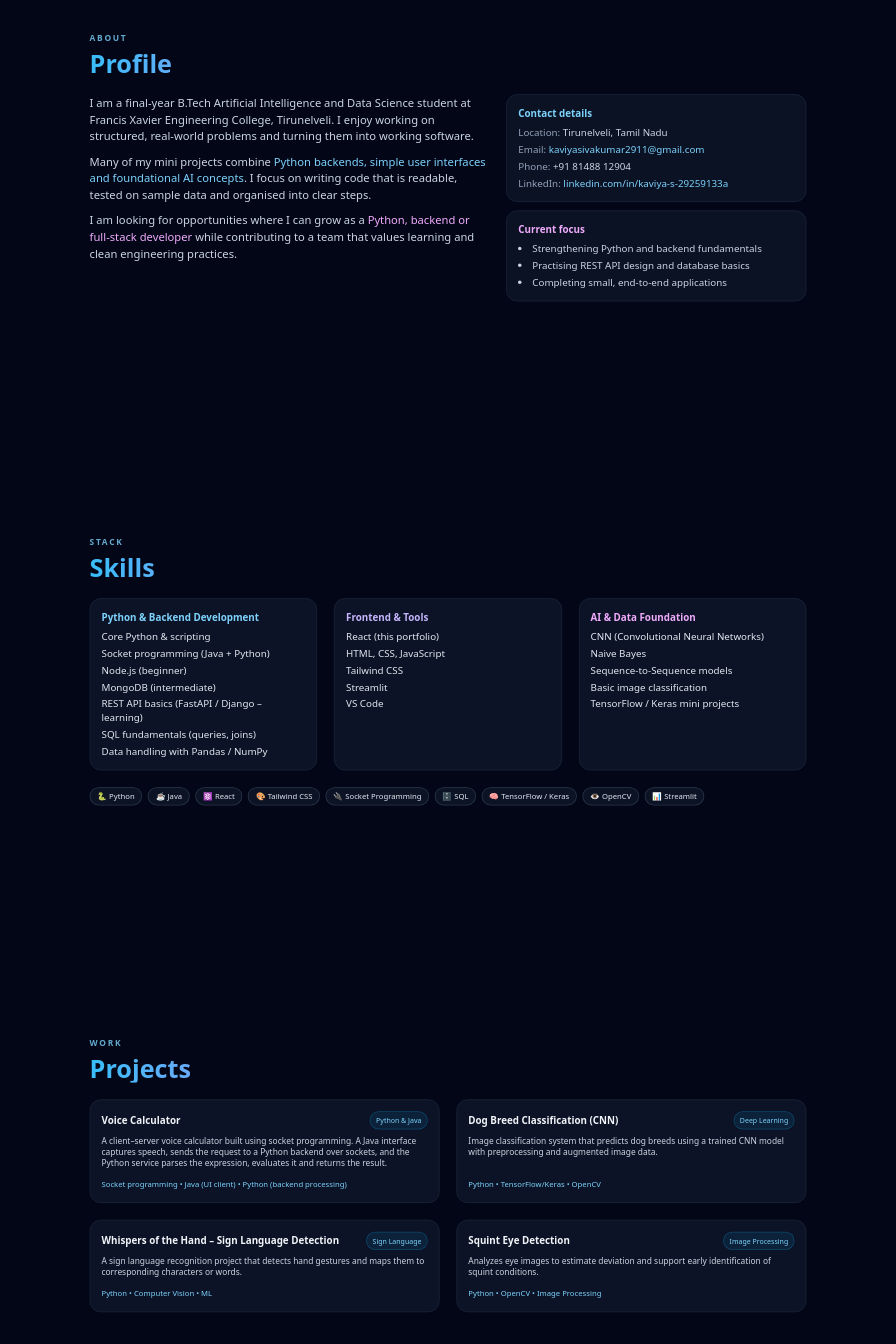
Repository: Kavya-29/Kaviya--portfolio
Page: /
These files come from the project's save history. The page is drawn as it stood at one moment and after the next save; the edit follows.
The browser window is 1280 px wide. The pictures show the part of the page from y = 841 to 2761 px (the page is 3650 px tall), at 70% of full size.
The project was rebuilt for these pictures with package versions that can differ from the ones it lists, and the page was loaded fresh each time. Also part of the build but not shown: vite.config.js.

Above is the page before, as saved 2025-12-03 00:03:51.

After the next save:
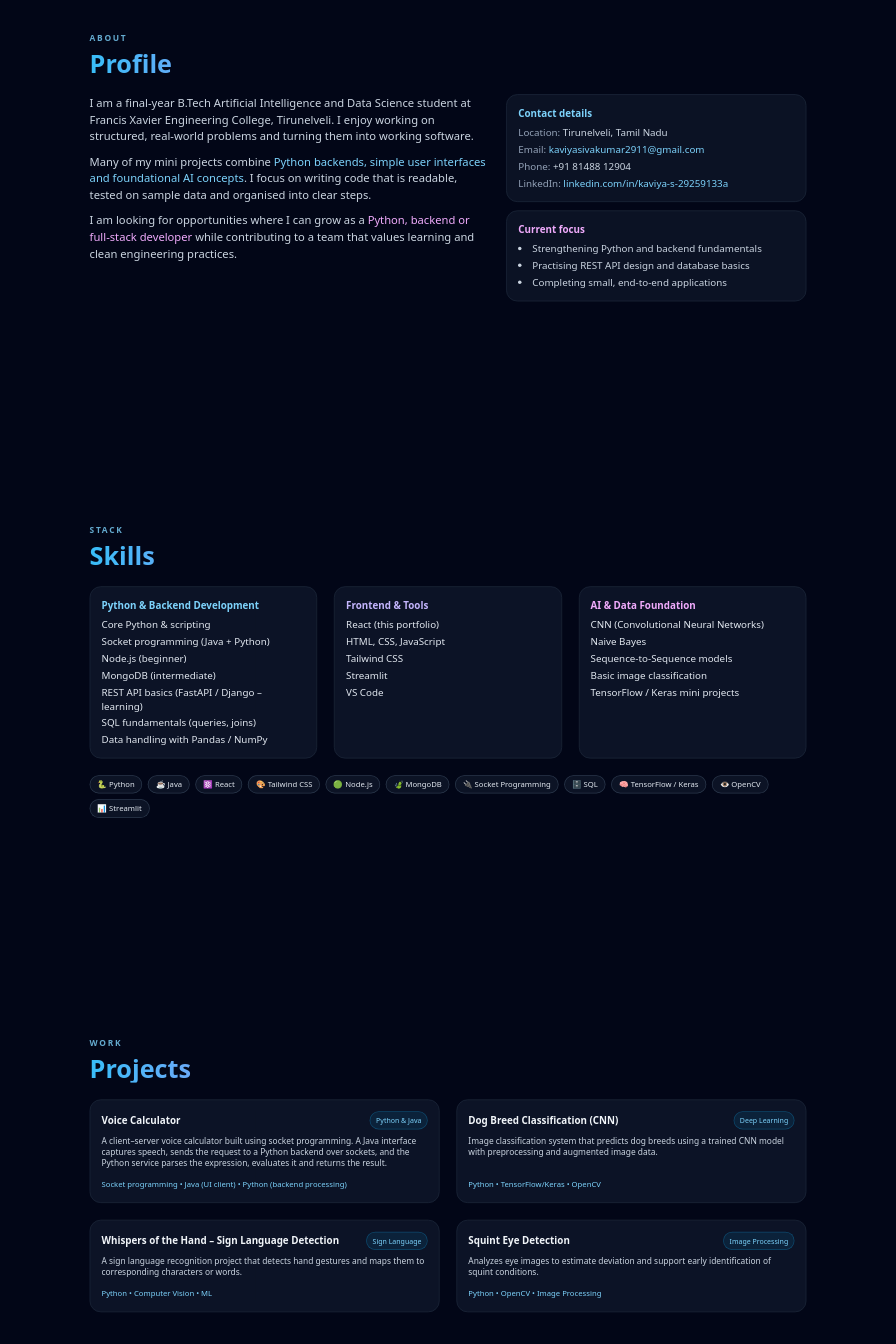
Saved 49 s later.
--- a/src/App.jsx
+++ b/src/App.jsx
@@ -474,16 +474,19 @@ function App() {
           className="flex flex-wrap gap-2 text-[11px] text-slate-200"
         >
           {[
-            "🐍 Python",
-            "☕ Java",
-            "⚛️ React",
-            "🎨 Tailwind CSS",
-            "🔌 Socket Programming",
-            "🗄️ SQL",
-            "🧠 TensorFlow / Keras",
-            "👁️ OpenCV",
-            "📊 Streamlit",
-          ].map((tool) => (
+  "🐍 Python",
+  "☕ Java",
+  "⚛️ React",
+  "🎨 Tailwind CSS",
+  "🟢 Node.js",
+  "🍃 MongoDB",
+  "🔌 Socket Programming",
+  "🗄️ SQL",
+  "🧠 TensorFlow / Keras",
+  "👁️ OpenCV",
+  "📊 Streamlit",
+].map((tool) => (
+
             <span
               key={tool}
               className="px-2.5 py-1 rounded-full bg-slate-900/80 border border-slate-700/80"
